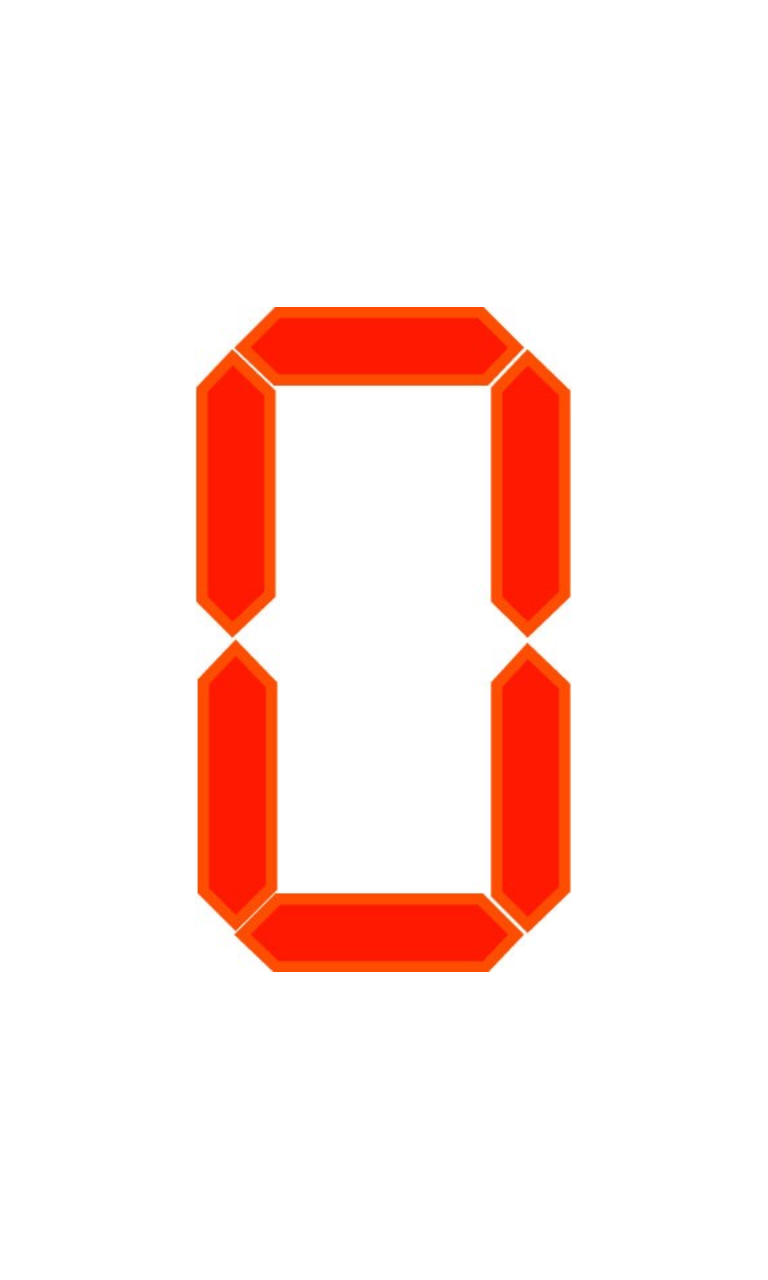
Repository: CiLiNet-Android/courseware
Layout: Android基本组件/BroadCastReciver/SourceCodes/DynamicUpdateUIDemo/res/layout/activity_main.xml
An editor plug-in stored every save of this project. The layout is shown before and after the next save, followed by the edit.
It is drawn on a 768 x 1280 px phone screen (xhdpi) without system bars, with theme AppTheme; the app's code is not run.

Above is the layout before, as saved 2014-02-10 05:03:29.

After the next save:
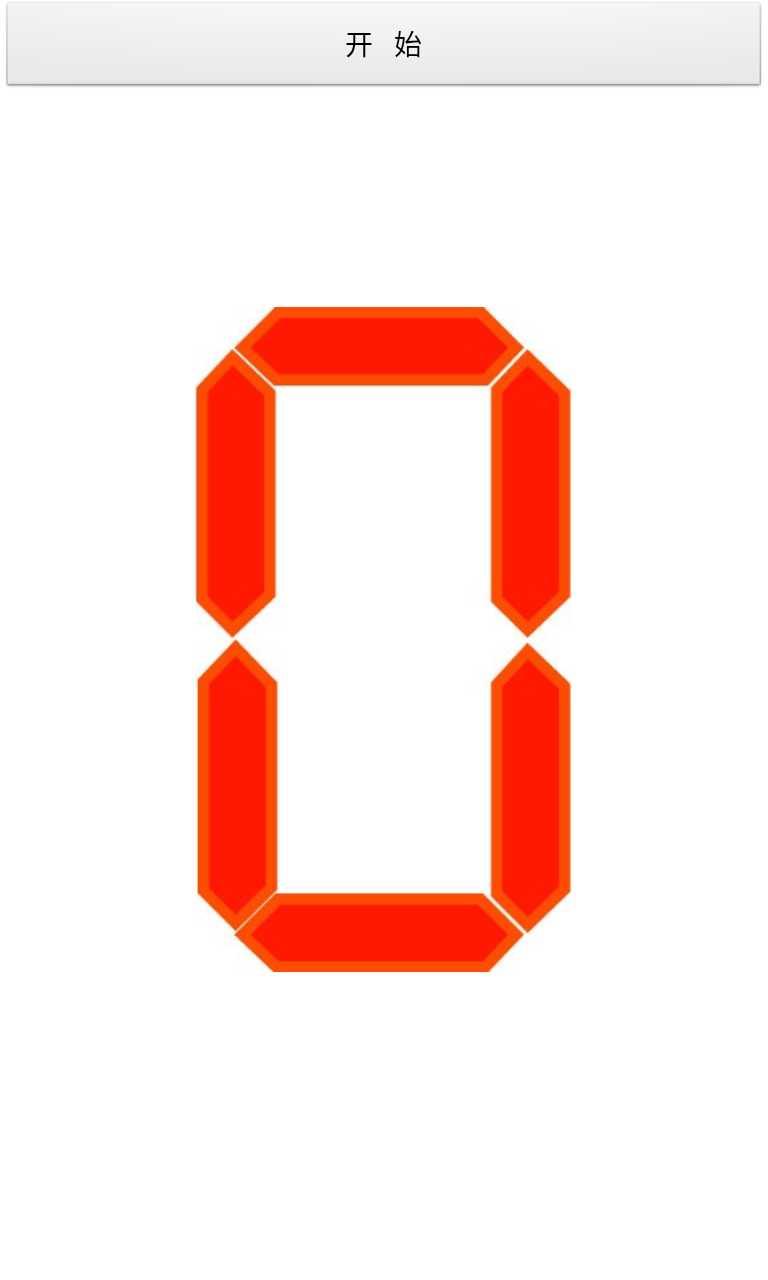
Saved 54 s later.
--- a/Android基本组件/BroadCastReciver/SourceCodes/DynamicUpdateUIDemo/res/layout/activity_main.xml
+++ b/Android基本组件/BroadCastReciver/SourceCodes/DynamicUpdateUIDemo/res/layout/activity_main.xml
@@ -11,4 +11,9 @@
    	    android:layout_centerInParent="true"
    	    android:src="@drawable/number_0"/>
 
+   	<Button
+   	    android:layout_width="match_parent"
+   	    android:layout_height="wrap_content"
+   	    android:text="开   始"/>
+
 </RelativeLayout>
